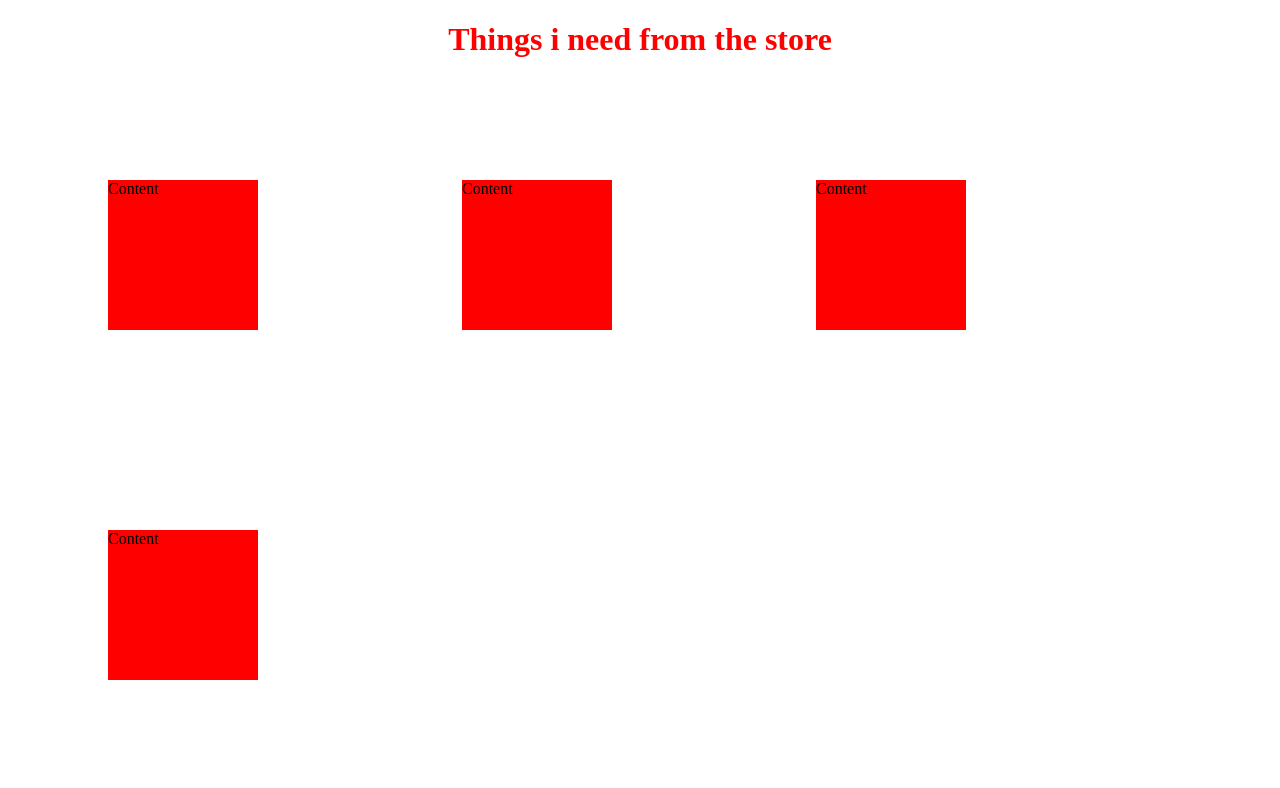
Repository: TheTroyPhillips/Block14
Page: Coursework/Block06/index.html
The author's editor kept a copy of each file at every save. The page is drawn from the files as they stood at one save, then again after the next save.
The browser window is 1280 px wide. The pictures show the whole page.

Above is the page before, as saved 2023-08-29 17:20:17.

After the next save:
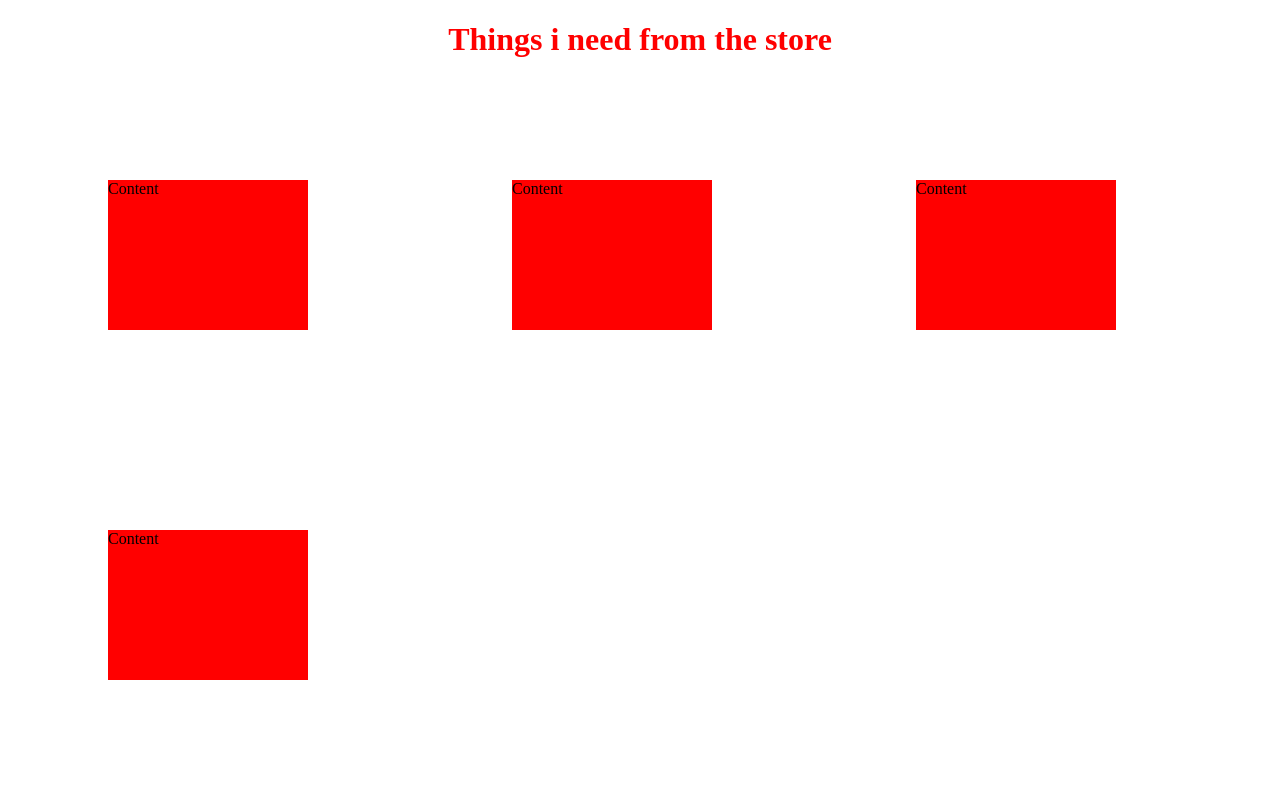
Saved 8 s later.
--- a/Coursework/Block06/styles.css
+++ b/Coursework/Block06/styles.css
@@ -3,7 +3,7 @@ h1 {
     text-align: center;
 }
 .Box{
-    width: 150px;
+    width: 200px;
     height:150px;
     color: black;
     display: inline-block;
